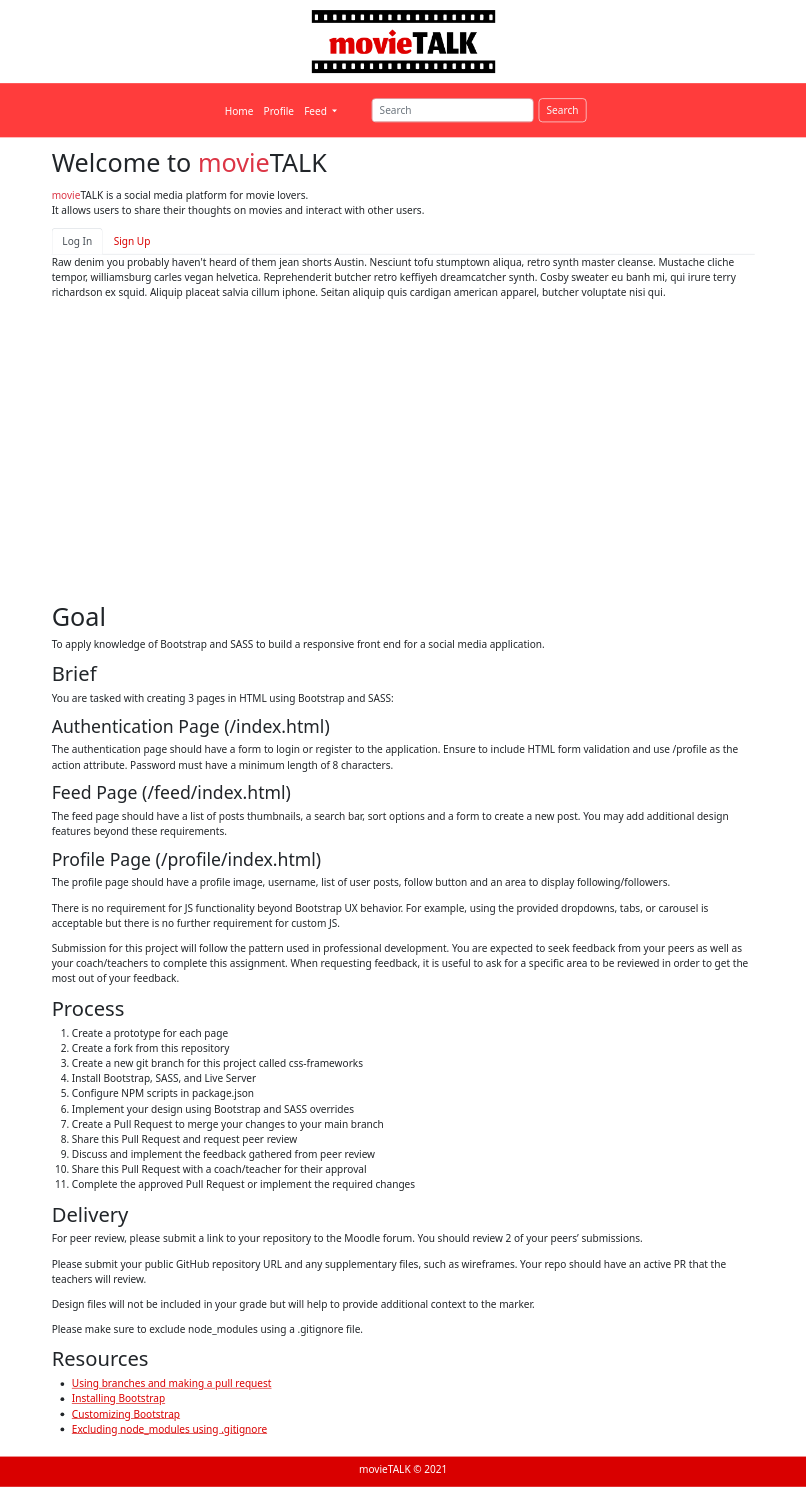
Repository: runeunhjem/css-frameworks-ca
Page: index.html
These files come from the project's save history. The page is drawn as it stood at one moment and after the next save; the edit follows.
The browser window is 1280 px wide. The pictures show the whole page, at 63% of full size.
Some web libraries are served in a nearby version. The style sheet was rebuilt from its Sass, Less or Tailwind sources for each picture, by a compiler version that may differ from the author's.

Above is the page before, as saved 2023-08-25 09:19:22.

After the next save:
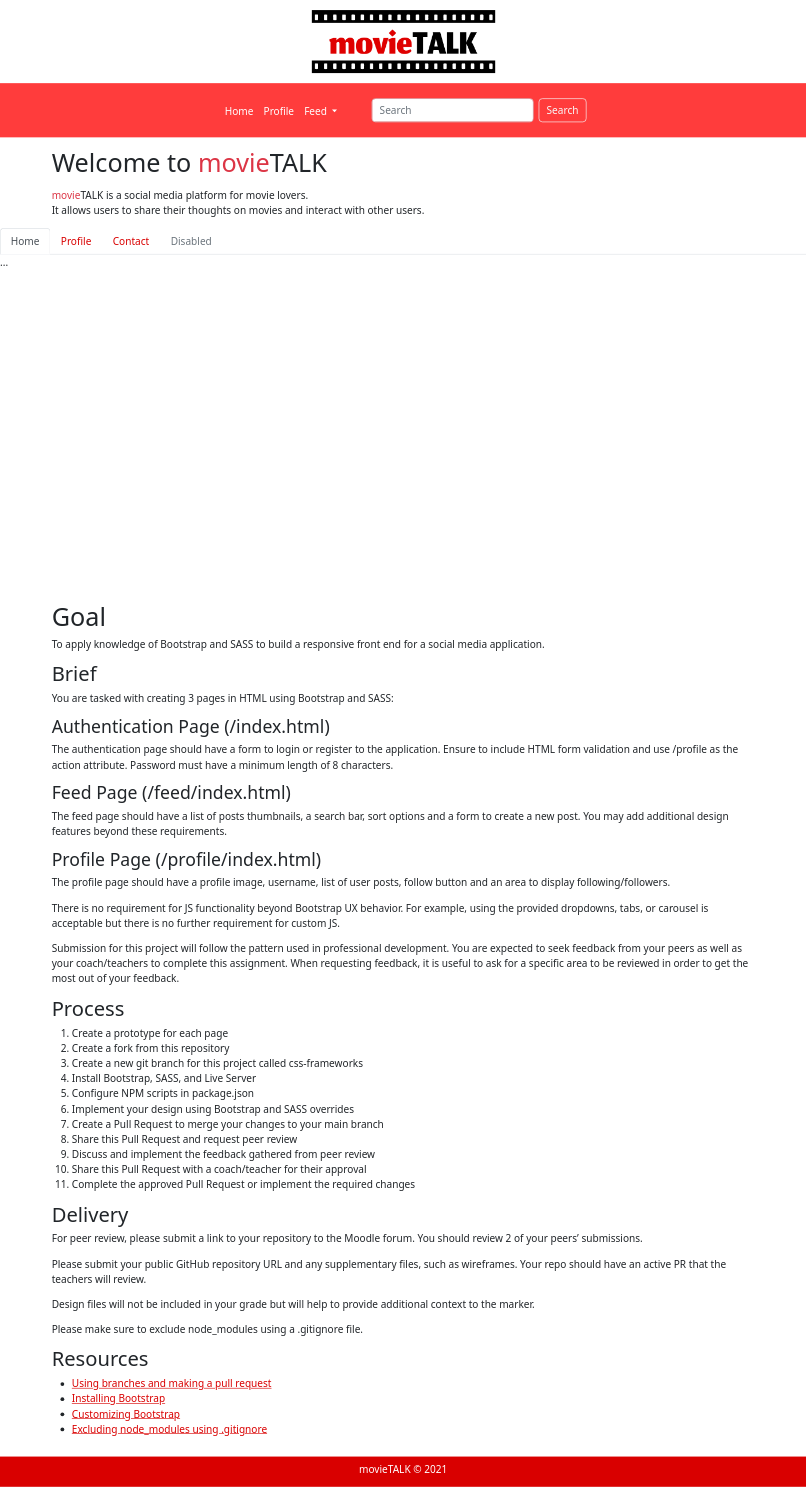
Saved 104 s later.
--- a/index.html
+++ b/index.html
@@ -73,31 +73,26 @@
       </div>
     </div>
   </div>
-  <div class="container">
-    <ul class="nav nav-tabs">
-      <li class="nav-item">
-        <a class="nav-link active" data-toggle="tab" href="#login">Log In</a>
-      </li>
-      <li class="nav-item">
-        <a class="nav-link" data-toggle="tab" href="#signup">Sign Up</a>
-      </li>
-    </ul>
-    <div id="myTabContent" class="tab-content">
-      <div class="tab-pane fade active show" id="login">
-        <p>Raw denim you probably haven't heard of them jean shorts Austin. Nesciunt tofu stumptown aliqua, retro
-          synth master cleanse. Mustache cliche tempor, williamsburg carles vegan helvetica. Reprehenderit
-          butcher retro keffiyeh dreamcatcher synth. Cosby sweater eu banh mi, qui irure terry richardson ex
-          squid. Aliquip placeat salvia cillum iphone. Seitan aliquip quis cardigan american apparel, butcher
-          voluptate nisi qui.</p>
-      </div>
-      <div class="tab-pane fade" id="signup">
-        <p>Food truck fixie locavore, accusamus mcsweeney's marfa nulla single-origin coffee squid. Exercitation
-          +1 labore velit, blog sartorial PBR leggings next level wes anderson artisan four loko farm-to-table
-          craft beer twee. Qui photo booth letterpress, commodo enim craft beer mlkshk aliquip jean shorts
-          ullamco ad vinyl cillum PBR. Homo nostrud organic, assumenda labore aesthetic magna delectus mollit.</p>
-      </div>
-    </div>
-  </div>
+  <ul class="nav nav-tabs" id="myTab" role="tablist">
+  <li class="nav-item" role="presentation">
+    <button class="nav-link active" id="home-tab" data-bs-toggle="tab" data-bs-target="#home-tab-pane" type="button" role="tab" aria-controls="home-tab-pane" aria-selected="true">Home</button>
+  </li>
+  <li class="nav-item" role="presentation">
+    <button class="nav-link" id="profile-tab" data-bs-toggle="tab" data-bs-target="#profile-tab-pane" type="button" role="tab" aria-controls="profile-tab-pane" aria-selected="false">Profile</button>
+  </li>
+  <li class="nav-item" role="presentation">
+    <button class="nav-link" id="contact-tab" data-bs-toggle="tab" data-bs-target="#contact-tab-pane" type="button" role="tab" aria-controls="contact-tab-pane" aria-selected="false">Contact</button>
+  </li>
+  <li class="nav-item" role="presentation">
+    <button class="nav-link" id="disabled-tab" data-bs-toggle="tab" data-bs-target="#disabled-tab-pane" type="button" role="tab" aria-controls="disabled-tab-pane" aria-selected="false" disabled>Disabled</button>
+  </li>
+</ul>
+<div class="tab-content" id="myTabContent">
+  <div class="tab-pane fade show active" id="home-tab-pane" role="tabpanel" aria-labelledby="home-tab" tabindex="0">...</div>
+  <div class="tab-pane fade" id="profile-tab-pane" role="tabpanel" aria-labelledby="profile-tab" tabindex="0">...</div>
+  <div class="tab-pane fade" id="contact-tab-pane" role="tabpanel" aria-labelledby="contact-tab" tabindex="0">...</div>
+  <div class="tab-pane fade" id="disabled-tab-pane" role="tabpanel" aria-labelledby="disabled-tab" tabindex="0">...</div>
+</div>
 </main>
 <footer>
   <div class="container">
